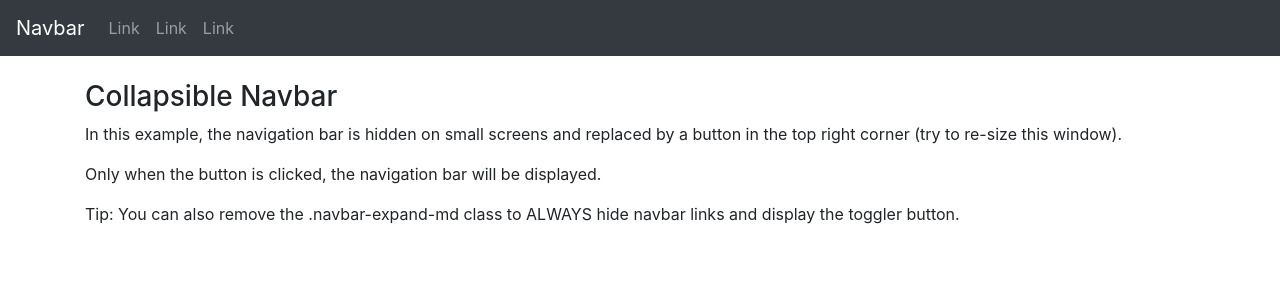
Repository: design-view/jspstudy
Page: http://localhost/GreenJsp/05cookiesession/index.jsp
The author's editor kept a copy of each file at every save. The page is drawn from the files as they stood at one save, then again after the next save.
The browser window is 1280 px wide. The pictures show the whole page.
The page is served by Tomcat 9. Other server files are loaded and not shown.

Above is the page before, as saved 2024-01-17 03:41:05.

### GreenJsp/src/main/webapp/05cookiesession/index.jsp
<%@ page language="java" contentType="text/html; charset=UTF-8"
    pageEncoding="UTF-8"%>
<!DOCTYPE html>
<html lang="en">
<head>
  <title>Bootstrap Example</title>
  <meta charset="utf-8">
  <meta name="viewport" content="width=device-width, initial-scale=1">
  <link rel="stylesheet" href="https://cdn.jsdelivr.net/npm/bootstrap@4.6.2/dist/css/bootstrap.min.css">
  <script src="https://cdn.jsdelivr.net/npm/jquery@3.7.1/dist/jquery.slim.min.js"></script>
  <script src="https://cdn.jsdelivr.net/npm/popper.js@1.16.1/dist/umd/popper.min.js"></script>
  <script src="https://cdn.jsdelivr.net/npm/bootstrap@4.6.2/dist/js/bootstrap.bundle.min.js"></script>
</head>
<body>

<nav class="navbar navbar-expand-md bg-dark navbar-dark">
  <a class="navbar-brand" href="#">Navbar</a>
  <button class="navbar-toggler" type="button" data-toggle="collapse" data-target="#collapsibleNavbar">
    <span class="navbar-toggler-icon"></span>
  </button>
  <div class="collapse navbar-collapse" id="collapsibleNavbar">
    <ul class="navbar-nav">
      <li class="nav-item">
        <a class="nav-link" href="#">Link</a>
      </li>
      <li class="nav-item">
        <a class="nav-link" href="#">Link</a>
      </li>
      <li class="nav-item">
        <a class="nav-link" href="#">Link</a>
      </li>
    </ul>
  </div>
</nav>
<br>

<div class="container">
  <h3>Collapsible Navbar</h3>
  <p>In this example, the navigation bar is hidden on small screens and replaced by a button in the top right corner (try to re-size this window).</p>
  <p>Only when the button is clicked, the navigation bar will be displayed.</p>
  <p>Tip: You can also remove the .navbar-expand-md class to ALWAYS hide navbar links and display the toggler button.</p>
</div>

</body>
</html>

After the next save:
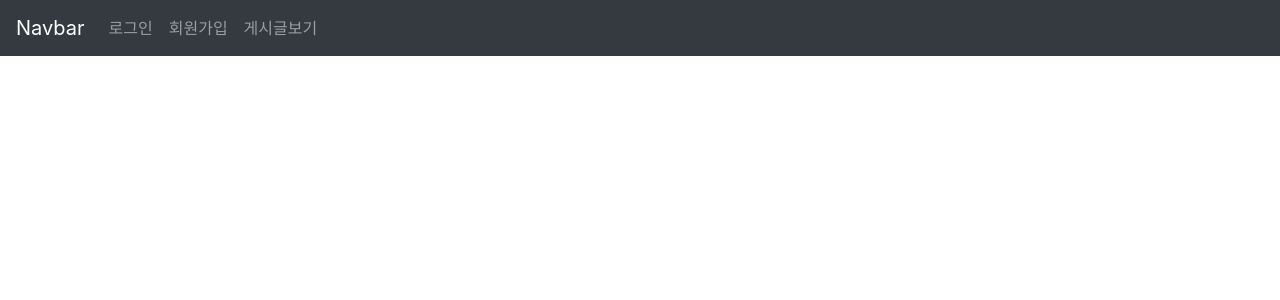
Saved 2 min 23 s later.
--- a/GreenJsp/src/main/webapp/05cookiesession/index.jsp
+++ b/GreenJsp/src/main/webapp/05cookiesession/index.jsp
@@ -21,13 +21,13 @@
   <div class="collapse navbar-collapse" id="collapsibleNavbar">
     <ul class="navbar-nav">
       <li class="nav-item">
-        <a class="nav-link" href="#">Link</a>
+        <a class="nav-link" href="#">로그인</a>
       </li>
       <li class="nav-item">
-        <a class="nav-link" href="#">Link</a>
+        <a class="nav-link" href="#">회원가입</a>
       </li>
       <li class="nav-item">
-        <a class="nav-link" href="#">Link</a>
+        <a class="nav-link" href="#">게시글보기</a>
       </li>
     </ul>
   </div>
@@ -35,10 +35,7 @@
 <br>
 
 <div class="container">
-  <h3>Collapsible Navbar</h3>
-  <p>In this example, the navigation bar is hidden on small screens and replaced by a button in the top right corner (try to re-size this window).</p>
-  <p>Only when the button is clicked, the navigation bar will be displayed.</p>
-  <p>Tip: You can also remove the .navbar-expand-md class to ALWAYS hide navbar links and display the toggler button.</p>
+
 </div>
 
 </body>
